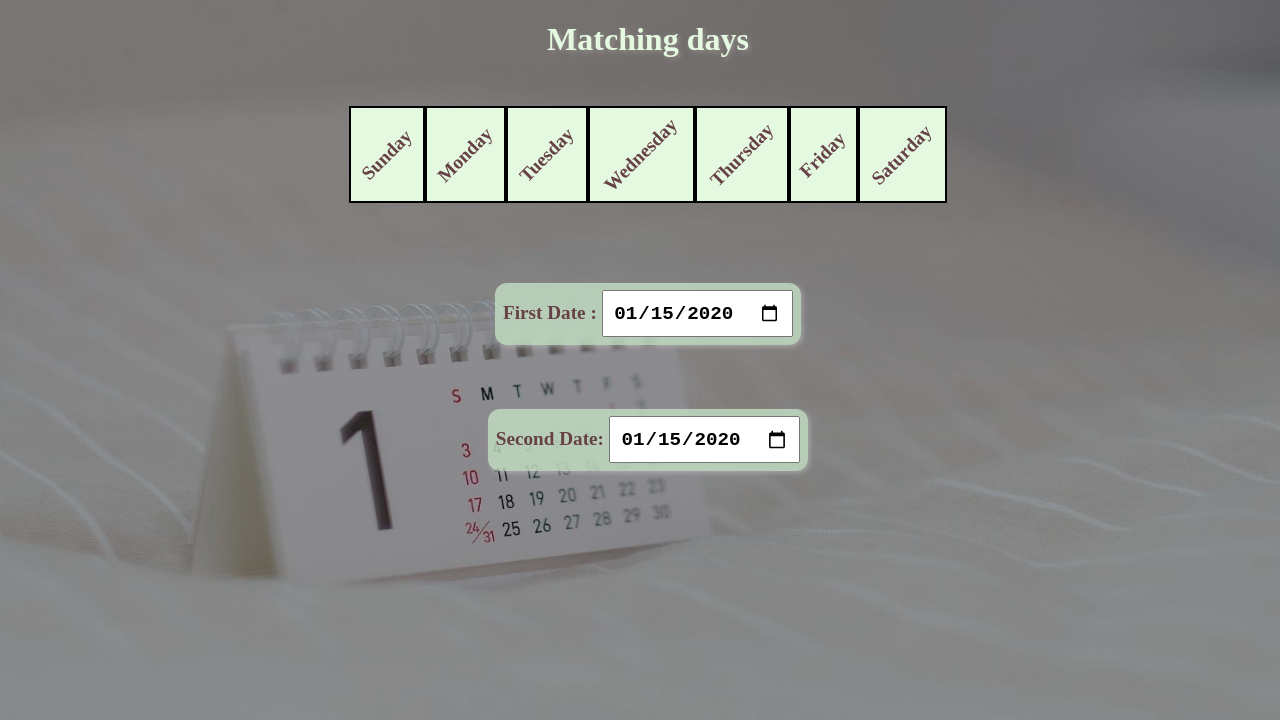
Repository: lasity34/matching-days
Page: index.html
An editor plug-in stored every save of this project. The page is shown before and after the next save, followed by the edit.
The browser window is 1280 px wide. The page is 1288 px wide, so the pictures cover 1288 px, including what lies to the right of the window. The pictures show the whole page.
Empty fields were first filled with sample values (such as "Sample", 5 or name@example.com).
After loading, the first visible `#first_date` was changed once.
Some web fonts or font styles are not loaded; a fallback is used. Some web libraries are served in a nearby version.

Above is the page before, as saved 2023-05-11 11:38:21.
Console error: ReferenceError: daysInstance is not defined

### index.html
<!DOCTYPE html>
<html lang="en">
<head>
    <meta charset="UTF-8">
    <meta http-equiv="X-UA-Compatible" content="IE=edge">
    <meta name="viewport" content="width=device-width, initial-scale=1.0">
    <title>Matching days</title>
    <link rel="preconnect" href="https://fonts.googleapis.com">
<link rel="preconnect" href="https://fonts.gstatic.com" crossorigin>
<link href="https://fonts.googleapis.com/css2?family=Battambang:wght@300;400;700&display=swap" rel="stylesheet">
    <link rel="stylesheet" href="style.css" >
    <script src="https://cdnjs.cloudflare.com/ajax/libs/handlebars.js/4.0.11/handlebars.min.js"></script>
    <script type="text/x-template" id="days_template">
        {{#each different_days}}
        <div class="day_box {{#if selected}} {{selected}} {{/if}}"><p class="day_text">{{day}}</p></div>
        {{/each}}
    </script>
</head>
<body>

    <h1>Matching days</h1>
    <section class="days_container">

    </section>
    <section class="date_input_container">
        <div class="input_box">

            <label for="first_date">First Date :</label>
            <input type="date" id="first_date" name="first_date" />
        </div>
        <div class="input_box">

            <label for="second_date">Second Date:</label>
            <input type="date" id="second_date" name="second_date"/>
        </div>
    </section>


    <script src="./matching-days-factory.js" charset="utf-8"></script>

        <script src="/matching-days.js" charset="utf-8"></script>


</body>
</html>

### style.css

html {
    font-family: 'Battambang', cursive;
    background: url("./Images/background.jpg") no-repeat  center / 100% 100% fixed ;
    font-weight: 700;
    font-size: 16px;
    color: #664147
}

body {
    width: 100%;
}

h1 {
    text-align: center;
    text-shadow: 2px 2px 5px rgba(227, 223, 223, 0.3);
    color: #E5F9E0;
}
/* days display */
.days_container {
    display: flex;
    justify-content: center;
    margin: 3em auto;
    width: 100%;
}

.day_box {
    border: 2px solid black;
    padding: 1em 0.3em;
    background-color: #E5F9E0
}

.day_text {
    transform: rotate(-45deg);
    font-size: 1.2rem;
}

/* dates input */


.date_input_container {
    display: flex;
    flex-direction: column;
    align-items: center;
    justify-content: space-around;
    height: 35vh;
    font-size: 1.2rem;
}

input {
    font-size: 1.2rem;
    font-weight: 700;
    padding: 0.5em;
}

.input_box {
    background-color: rgba(196, 223, 196, 0.8);
    box-shadow: 2px 2px 5px rgba(245, 243, 243, 0.3);
    border-radius: 12px;
    padding: 0.4em;
}

.day1 {
    background-color: rgb(228, 65, 198);
}

.day2 {
    background-color: rgb(86, 97, 224);
}

.same_day {
    background-color: green;
}

### matching-days.js
const first_date_input = document.querySelector("#first_date");
const second_date_input = document.querySelector("#second_date");
const days_data_display = document.querySelector(".days_container");
const change_date = document.querySelector(".input_box")
const daysOfWeek = [
    "Sunday",
    "Monday",
    "Tuesday",
    "Wednesday",
    "Thursday",
    "Friday",
    "Saturday",
  ];


function matching_days_update() {
  daysTemplate();
}

function get_day_class(dateValue) {
    const date = new Date(dateValue);
    const dayOfWeek = daysOfWeek[date.getDay()];

    return dayOfWeek;
  }



function daysTemplate() {
  const template_source = document.querySelector("#days_template").innerHTML;
  const days_template = Handlebars.compile(template_source);
  const days_data_display = document.querySelector(".days_container");

  const daysData = {
    different_days: daysOfWeek.map((day) => {
      let selectedClass = "";
      if (day === get_day_class(first_date_input.value) && day === daysInstance.get_day_class(second_date_input.value)) {
        selectedClass = "same_day";
      } else if (day === get_day_class(first_date_input.value)) {
        selectedClass = "day1";
      } else if (day === get_day_class(second_date_input.value)) {
        selectedClass = "day2"
      }

      return { day, selected: selectedClass };
    }),
  };

  const daysDataHTML = days_template(daysData);
  days_data_display.innerHTML = daysDataHTML;
}

document.addEventListener("DOMContentLoaded", function () {
  daysTemplate();
});

first_date_input.addEventListener("change", matching_days_update);
second_date_input.addEventListener("change", matching_days_update);

Loaded but not shown: matching-days-factory.js (no stored copy; drawn as an empty file)

After the next save:
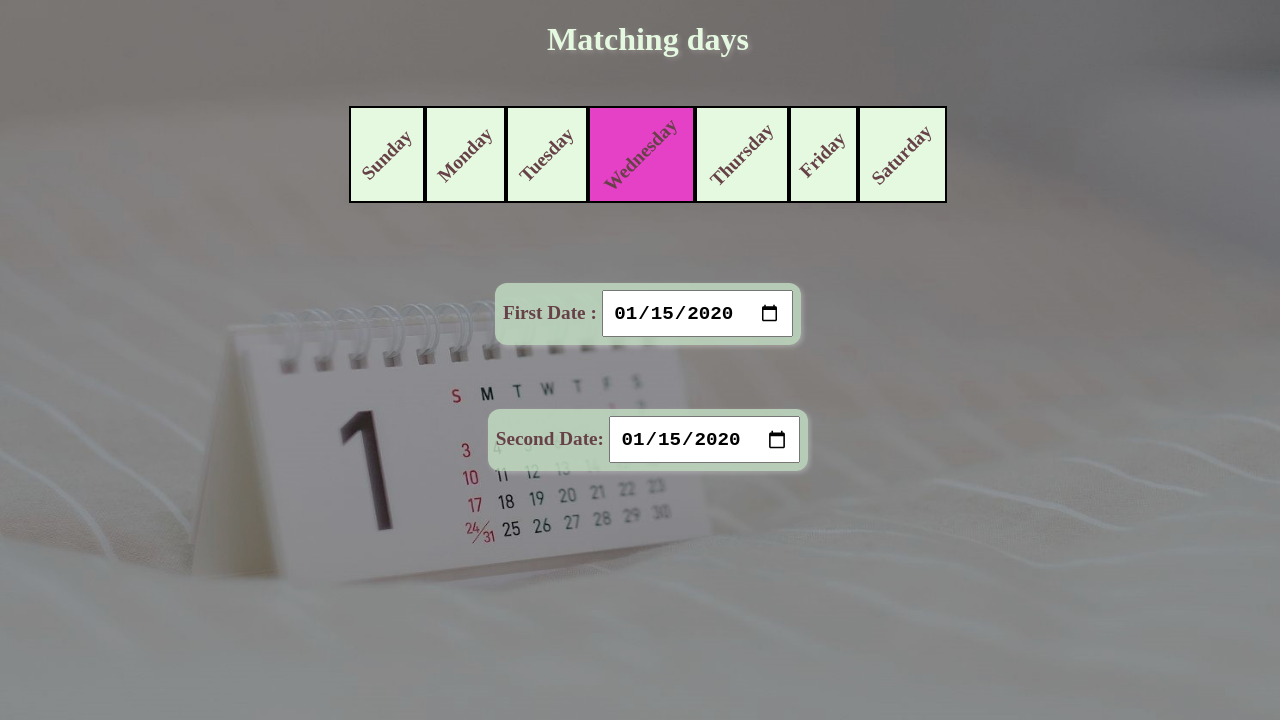
The error is gone.
Saved 31 s later.
--- a/matching-days.js
+++ b/matching-days.js
@@ -34,7 +34,7 @@ function daysTemplate() {
   const daysData = {
     different_days: daysOfWeek.map((day) => {
       let selectedClass = "";
-      if (day === get_day_class(first_date_input.value) && day === daysInstance.get_day_class(second_date_input.value)) {
+      if (day === get_day_class(first_date_input.value) && day === get_day_class(second_date_input.value)) {
         selectedClass = "same_day";
       } else if (day === get_day_class(first_date_input.value)) {
         selectedClass = "day1";
